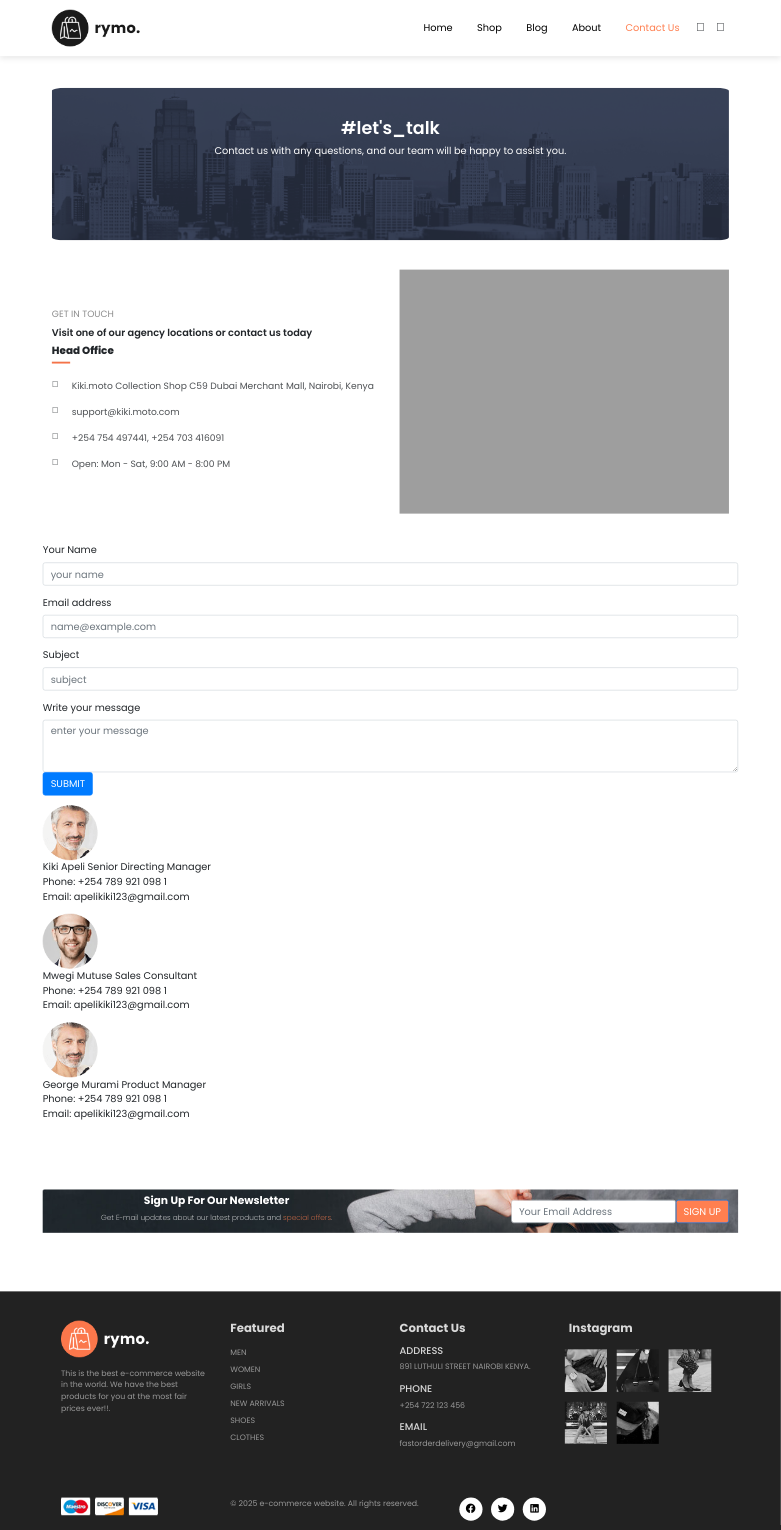
Repository: peter417waweru/e-commerce-UI
Page: contact.html
An editor plug-in stored every save of this project. The page is shown before and after the next save, followed by the edit.
The browser window is 1280 px wide. The pictures show the whole page, at 61% of full size.
Pictures or frames that could not be fetched are drawn as grey boxes. Some web libraries are served in a nearby version.

Above is the page before, as saved 2025-02-10 01:19:47.
Console error: TypeError: Cannot set properties of undefined (setting 'onclick')

### contact.html
<!DOCTYPE html>
<html lang="en">
    <head>

        <meta charset="UTF-8">
        <meta http-equiv="X-UA-Compatible" content="IE=edge">
        <meta name="viewport" content="width=device-width, initial-scale=1.0">
        <title>Ecommerce Website1</title>

        <link rel="stylesheet" href="https://cdn.jsdelivr.net/npm/bootstrap@4.1.3/dist/css/bootstrap.min.css"
        integrity="sha384-MCw98/SFnGE8fJT3GXwEOngsV7Zt27NXFoaoApmYm81iuXoPkFOJwJ8ERdknLPMO" crossorigin="anonymous">

        <link rel="stylesheet" href="https://pro.fontawesome.com/releases/v5.10.0/css/all.css" />

        <link rel="stylesheet" href="./style.css">
        <link rel="stylesheet" href="./about.css">
        <link rel="stylesheet" href="./contact.css">
    </head>

    <body>
        <nav class="navbar navbar-expand-lg navbar-light bg-white py-3 fixed-top">
            <div class="container">
              <img src="img/logo1.png" alt="">
              <button class="navbar-toggler" type="button" data-bs-toggle="collapse" data-bs-target="#navbarSupportedContent"
              aria-controls="navbarSupportedContent" aria-expanded="false" aria-label="Toggle navigation">
                <span><i id="bar" class="fas fa-bars"></i></span>
              </button>
              <div class="collapse navbar-collapse" id="navbarSupportedContent">
                <ul class="navbar-nav ml-auto">
                  <li class="nav-item">
                    <a class="nav-link " aria-current="page" href="#">Home</a>
                  </li>
                  <li class="nav-item">
                    <a class="nav-link" aria-current="page" href="shop.html">Shop</a>
                  </li>
                  <li class="nav-item">
                    <a class="nav-link" aria-current="page" href="#">Blog</a>
                  </li>
                  <li class="nav-item">
                    <a class="nav-link" aria-current="page" href="#">About</a>
                  </li>
                  <li class="nav-item">
                    <a class="nav-link active" aria-current="page" href="#">Contact Us</a>
                  </li>
                  <li class="nav-item">
                    <i class="fal fa-search"></i>
                    <i class="fal fa-shopping-bag"></i>
                  </li>


                </ul>

              </div>
            </div>
        </nav>

        <section id="page-header" class="container mt-5 pt-5">
           <div class="about-header">
            <h2 class="text-center mt-5 pt-5">#let's_talk</h2>
            <p class="text-center">Contact us with any questions, and our team will be happy to assist you.</p>
           </div>
        </section>

        <section id="contact-details" class="container mt-5">
            <div class="row d-flex align-items-center gap-4">
                <div class="details-side col-lg-6 col-md-6 col-12">
                    <span>GET IN TOUCH</span>
                    <h2>Visit one of our agency locations or contact us today</h2>
                    <h3>Head Office</h3>
                    <hr class="mt-1">
                    <li>
                        <i class="fal fa-map"></i>
                        <p>Kiki.moto Collection Shop C59
                            Dubai Merchant Mall, Nairobi, Kenya</p>
                    </li>
                    <li>
                        <i class="fal fa-envelope"></i>
                        <p>support@kiki.moto.com</p>
                    </li>
                    <li>
                        <i class="fal fa-phone-alt"></i>
                        <p>+254 754 497441,  +254 703 416091</p>
                    </li>
                    <li>
                        <i class="fal fa-clock"></i>
                        <p>Open: Mon - Sat, 9:00 AM - 8:00 PM</p>
                    </li>
                </div>
                <div class="map col-lg-6 col-md-6 col-12">
                    <iframe src="https://www.google.com/maps/embed?pb=!1m18!1m12!1m3!1d3988.
                    8308746660095!2d36.778592273500564!3d-1.2747547356105604!2m3!1f0!2f0!3f0!3m2!1i1024!2i768!4f13.1!3m3!1m2!1s0x182f1
                    9fd9b65c0ef%3A0xbac0db1b9cbf73e!2sArchives%20Tower%2C%20Nairobi!5e0!3m2!1ssw!2ske!4v1739129931160!5m2!1ssw!2ske" width="100%" height="350px" style="border:0;"
                     allowfullscreen="" loading="lazy" referrerpolicy="no-referrer-when-downgrade">
                    </iframe>
                </div>
            </div>
        </section>

        <section id="contact-message" class="container my-4 py-4">
            <div class="row d-flex">
                <div class="form-details w-100">
                    <div class="mb-3">
                        <label for="exampleFormControlInput1" class="form-label">Your Name</label>
                        <input type="email" class="form-control" id="exampleFormControlInput1" placeholder="your name">
                    </div>
                    <div class="mb-3">
                        <label for="exampleFormControlInput1" class="form-label">Email address</label>
                        <input type="email" class="form-control" id="exampleFormControlInput1" placeholder="name@example.com">
                    </div>
                    <div class="mb-3">
                        <label for="exampleFormControlInput1" class="form-label">Subject</label>
                        <input type="email" class="form-control" id="exampleFormControlInput1" placeholder="subject">
                    </div>
                    <div class="mb-3">
                        <label for="exampleFormControlTextarea1" class="form-label">Write your message</label>
                        <textarea class="form-control" id="exampleFormControlTextarea1" rows="3" placeholder="enter your message"></textarea>
                        <button type="button" class="btn btn-primary">Submit</button>
                    </div>
                </div>
                <div class="members">
                    <div>
                        <img src="img/people/1.png" alt="">
                        <p><span>Kiki Apeli</span> Senior Directing Manager <br>
                            Phone: +254 789 921 098 1 <br>
                            Email: apelikiki123@gmail.com
                        </p>
                    </div>
                    <div>
                        <img src="img/people/2.png" alt="">
                        <p><span>Mwegi Mutuse</span> Sales Consultant <br>
                            Phone: +254 789 921 098 1 <br>
                            Email: apelikiki123@gmail.com
                        </p>
                    </div>
                    <div>
                        <img src="img/people/1.png" alt="">
                        <p><span>George Murami</span> Product Manager<br>
                            Phone: +254 789 921 098 1 <br>
                            Email: apelikiki123@gmail.com
                        </p>
                    </div>

                </div>
            </div>
        </section>

        <section id="newsletter" class="container py-5">
            <div class="row align-items-center text-center text-lg-start">
                <div class="col-lg-6 col-md-12">
                    <h4 class="mt-2">Sign Up For Our Newsletter</h4>
                    <p>Get E-mail updates about our latest products and <span>special offers</span>.</p>
                </div>
                <div class="col-lg-6 col-md-12">
                    <form class="d-flex justify-content-center justify-content-lg-end">
                        <input type="email" class="form-control w-50 me-2" placeholder="Your Email Address">
                        <button class="btn btn-primary">Sign Up</button>
                    </form>
                </div>
            </div>
        </section>

        <footer class="mt-5">
            <div class="row container mx-auto pt-5">
              <div class="footer-one col-lg-3 col-md-6 col-12">
                <img src="img/logo2.png" alt="">
                <p class="pt-3">This is the best e-commerce website in the world.
                   We have the best products for you at the most fair prices ever!!.</p>
              </div>
              <div class="footer-one col-lg-3 col-md-6 col-12">
                <h4 class="pb-2">Featured</h4>
                <ul class="text-uppercase list-unstyled">
                  <li><a href="#">men</a></li>
                  <li><a href="#">women</a></li>
                  <li><a href="#">girls</a></li>
                  <li><a href="#">new arrivals</a></li>
                  <li><a href="#">shoes</a></li>
                  <li><a href="#">clothes</a></li>
                </ul>
              </div>
              <div class="footer-one col-lg-3 col-md-6 col-12 mb-3">
                <h4 class="pb-2">Contact Us</h4>
                <div>
                  <h6 class="text-uppercase">Address</h6>
                <p>891 LUTHULI STREET NAIROBI KENYA.</p>
                </div>
                <div>
                  <h6 class="text-uppercase">Phone</h6>
                <p>+254 722 123 456</p>
                </div>
                <div>
                  <h6 class="text-uppercase">Email</h6>
                <p>fastorderdelivery@gmail.com</p>
                </div>
              </div>
              <div class="footer-one col-lg-3 col-md-6 col-12 mb-3">
                <h4 class="pb-2">Instagram</h4>
                <div class="row">
                  <img class="img-fluid w-25 h-100 m-2" src="img/insta/1.jpg" alt="">
                  <img class="img-fluid w-25 h-100 m-2" src="img/insta/2.jpg" alt="">
                  <img class="img-fluid w-25 h-100 m-2" src="img/insta/3.jpg" alt="">
                  <img class="img-fluid w-25 h-100 m-2" src="img/insta/4.jpg" alt="">
                  <img class="img-fluid w-25 h-100 m-2" src="img/insta/5.jpg" alt="">
                </div>
              </div>
            </div>
            <div class="copyright mt-5">
              <div class="row container mx-auto">
                <div class="col-lg-3 col-md-6 col-12 mb-4">
                  <img class="img-fluid" src="img/payment.png" alt="">
                </div>
                <div class="col-lg-4 col-md-6 col-12 text-nowrap mb-2">
                  <p>© 2025 e-commerce website. All rights reserved.</p>
                </div>
                <div class="col-lg-4 col-md-6 col-12">
                  <a href="#"><i class="fab fa-facebook"></i></a>
                  <a href="#"><i class="fab fa-twitter"></i></a>
                  <a href="#"><i class="fab fa-linkedin"></i></a>
                </div>
              </div>
            </div>
        </footer>
    </body>

    <script src="https://cdn.jsdelivr.net/npm/@popperjs/core@2.9.1/dist/umd/popper.min.js"
        integrity="sha384-SR1sx49pcuLnqZUnnPwx6FCym0wLsk5JZuNx2bPPENzswTNFaQU1RDvt3wT4gWFG"
        crossorigin="anonymous">
    </script>
    <script src="https://cdn.jsdelivr.net/npm/bootstrap@5.0.0-beta3/dist/js/bootstrap.min.js"
        integrity="sha384-j0CNLUeiqtyaRmlzUHCPZ+Gy5fQu0dQ6eZ/xAww941Ai1SxSY+0EQqNXNE6DZiVc"
        crossorigin="anonymous">
    </script>
    <script src="scripts.js"></script>
</html>

### style.css
@import url("https://fonts.googleapis.com/css2?family=Poppins:wght@100;200;300;400;500;600;700;800;900&display=swap");
* {
  margin: 0;
  padding: 0;
  box-sizing: border-box;
}

body {
  font-family: "Poppins", sans-serif;
}

h1 {
  font-size: 2.5rem;
  font-weight: 700;
}

h2 {
  font-size: 1.8rem;
  font-weight: 600;
}

h3 {
  font-size: 1.4rem;
  font-weight: 800;
}

h4 {
  font-size: 1.1rem;
  font-weight: 600;
}

h5 {
  font-size: 1rem;
  font-weight: 400;
  color: #1d1d1d;
}

h6 {
  color: #d8d8d8;
}

hr {
  width: 30px;
  height: 2px;
  background-color: #fb774b;
}

.star {
  padding: 10px 0;
}

.star i{
  font-size: 0.8rem;
  color: goldenrod;
}

button {
  font-size: 0.8rem;
  font-weight: 700;
  outline: none;
  border: none;
  background-color: #1d1d1d;
  color: aliceblue;
  padding: 13px 30px;
  cursor: pointer;
  text-transform: uppercase;
  transition: 0.3s ease;
}

button:hover {
  background-color: #3a3833;
}

hr {
  width: 30px;
  height: 2px;

}

.navbar {
  font-size: 16px;
  background-color: #d8d8d8;
  top: 0;
  left: 0;
  box-shadow: 0 5px 10px rgba(0, 0, 0, 0.1);
}

.navbar-light .navbar-nav .nav-link{
  padding: 0 20px;
  color: black;
  transition: 0.3s ease;
}

.navbar-light .navbar-nav .nav-link:hover,
.navbar i:hover,
.navbar-light .navbar-nav .nav-link.active,
.navbar i.active
{
  color: coral;
}



.navbar i{
  font-size: 1.2rem;
  padding: 0 7px;
  cursor: pointer;
  transition: 0.3s ease;
}

/* Mobile Nav*/


.navbar-light .navbar-toggler{
  border: none;
  outline: none;
}

#bar {
  font-size: 1.5rem;
  padding: 7px;
  cursor: pointer;
  font-weight: 500;
  color: black;
  transition: 0.3s ease;
}

#bar:hover,
#bar.active{
  color: #fff;
}

@media only screen and (max-width: 990px) {

  body > nav > div > button:hover ,
  body > nav > div > button:focus {
    background-color: #fb774b;
  }

  body > nav > div > button:hover #bar,
  body > nav > div > button:focus #bar {
    background-color: #fb774b;
  }

  #navbarSupportedContent > ul {
    margin: 1rem;
    justify-content: flex-end;
    align-items: flex-end;
    text-align: right;
  }

  #navbarSupportedContent > ul > li:nth-child(n) > a {
    padding: 10px 0;
  }
}


#home {
  background-image: url("img/back.jpg");
  width: 100%;
  height: 100vh;
  background-size: cover;
  background-position: top 70px center;
  display: flex;
  flex-direction: column;
  align-items: flex-start;
  justify-content: center;

}

#home span{
  color: coral;
}

#new .one img{
  width: 100%;
  height: 100%;
  background-position: center center;
  background-repeat: no-repeat;
  background-size: cover;
  position: relative;
}


#new .row .one .details{
  position: absolute;
  width: 100%;
  height: 100%;
  top: 0;
  left: 0;
  transition: 0.3s ease;
}

#new .row .one:hover .details{
  cursor: pointer;
  background-color: rgba(255, 178, 178, 0.8);
}

#new .row .one .details button{
 display: inline-block;
 font-size: 14px;
 font-weight: 500;
 color: #2a2a2a;
 background: none;
 text-transform: uppercase;
 border-bottom: 1px solid #2a2a2a;
 padding: 1.5px;
 transform: translateY(70px);
 transition: 0.3s ease;
}

#new .row .one .details button:hover{
  cursor: pointer;
  color: #fff;
  border-bottom: 1px solid #fff;
}

#new .row .one:nth-child(1) .details{
  display: flex;
  justify-content: center;
  flex-direction: column;
  align-items: flex-start;
  text-align: start;
}

#new .row .one:nth-child(2) .details{
  display: flex;
  justify-content: center;
  flex-direction: column;
  align-items: center;
  text-align: center;
}

#new .row .one:nth-child(3) .details{
  display: flex;
  justify-content: center;
  flex-direction: column;
  align-items: flex-end;
  text-align: end;
}

/*Products*/

.product {
  cursor: pointer;
  margin-bottom: 2rem;
}

.product img{
  transition: 0.3s all;

}

.product img:hover{
  opacity: 0.7;
}

.product .buy-btn{
  background: #fb774b;
  transform: translateY(20px);
  opacity: 0;
  transition: 0.3s all;
}
.product:hover .buy-btn{
  transform: translateY(0px);
  opacity: 1;
}

#banner {
  background-image: url("img/banner/2.jpg");
  width: 100%;
  height: 60vh;
  background-size: cover;
  background-position: top 70px center;
  background-repeat: no-repeat;
  background-attachment: fixed;
  display: flex;
  flex-direction: column;
  align-items: flex-start;
  justify-content: center;
}

#banner h4{
  color: #D8D8D8;
}

#banner h1{
  color: #D8D8D8;
}

#banner button{
  background-color: #fb774b;
}

footer{
  background-color: #222222;
}

footer h4 {
  color: #D8D8D8;
  font-size: 1.2rem;
  font-weight: 700;
}

footer li {
  padding-bottom: 4px;
}

footer li a {
  font-size: 0.8rem;
  color: #999;
}

footer li a:hover {
  color: #D8D8D8;
}

footer p{
  color: #999;
  font-size: 0.8rem;
}

footer .copyright a{
  color: #000;
  width: 38px;
  height: 38px;
  background-color: #fff;
  display: inline-block;
  text-align: center;
  line-height: 38px;
  border-radius: 50%;
  transition: 0.3s ease;
  margin: 0 5px;

}

footer .copyright a:hover{
  color: #fff;
  background-color: #fb774b;
}

### about.css
#page-header .about-header{
    background-image: url("img/about/banner.png");
    background-position: center;
    background-size: cover;
    width: 100%;
    height: 250px;
    border-radius: 2%;
}

#page-header .about-header h2,
#page-header .about-header p{
    color: #fff;
}

#about-app .video{
    width: 70%;
    height: 100%;
    margin: 30px auto 0 auto;
}

#about-app .video video{
    width: 100%;
    height: 100%;
    border-radius: 20px;
}

#newsletter .row{
    background-image: url("img/banner/1.jpg");
}

#newsletter .row h4{
    color: #fff;
    font-weight: bold;
}

#newsletter .row p{
    color: #fff;
    font-weight: 200;
    font-size: 12px;
}

#newsletter .row p span{
    color: coral;
    font-weight: 250;
}

#newsletter .row p span:hover{
    cursor: pointer;
    color: #8d8d8d;
}

#newsletter .row button{
    background-color: coral;
}

#newsletter .row button:hover{
    background-color: #8d8d8d;

}

@media (max-width: 768px){
    #newsletter .row{
        margin: 0 auto 0 auto;
        padding-bottom: 20px;
    }
}

### contact.css
#contact-details .details-side span{
    color: #8d8d8d;
    font-size: 15px;
}

#contact-details .details-side h2{
    margin-top: 10px;
    columns: black;
    font-size: 16px;
}

#contact-details .details-side h3{
    margin-top: 10px;
    columns: black;
    font-size: 17px;
}

#contact-details .details-side li{
    list-style-type: none;
    display: flex;
    padding: 10px 0;
}

#contact-details .details-side li i{
    font-size: 14px;
    padding-right: 22px;
}
#contact-details .details-side li p{
    margin: 0;
    font-size: 15px;
    opacity: 0.8;
}

#contact-details .details-side li p:hover{
    color: coral;
    cursor: pointer;
    font-weight: 300;
}

#contact-details .map{
    width: 55%;
    height: 400px;
}

#contact-details .map iframe{
    width: 100%;
    height: 100%;
}

### scripts.js
var MainImg = document.getElementById('MainImg');
var SmallImg = document.getElementsByClassName('small-img');

SmallImg[0].onclick = function(){
    MainImg.src = SmallImg[0].src;
}
SmallImg[1].onclick = function(){
    MainImg.src = SmallImg[1].src;
}
SmallImg[2].onclick = function(){
    MainImg.src = SmallImg[2].src;
}
SmallImg[3].onclick = function(){
    MainImg.src = SmallImg[3].src;
}

After the next save:
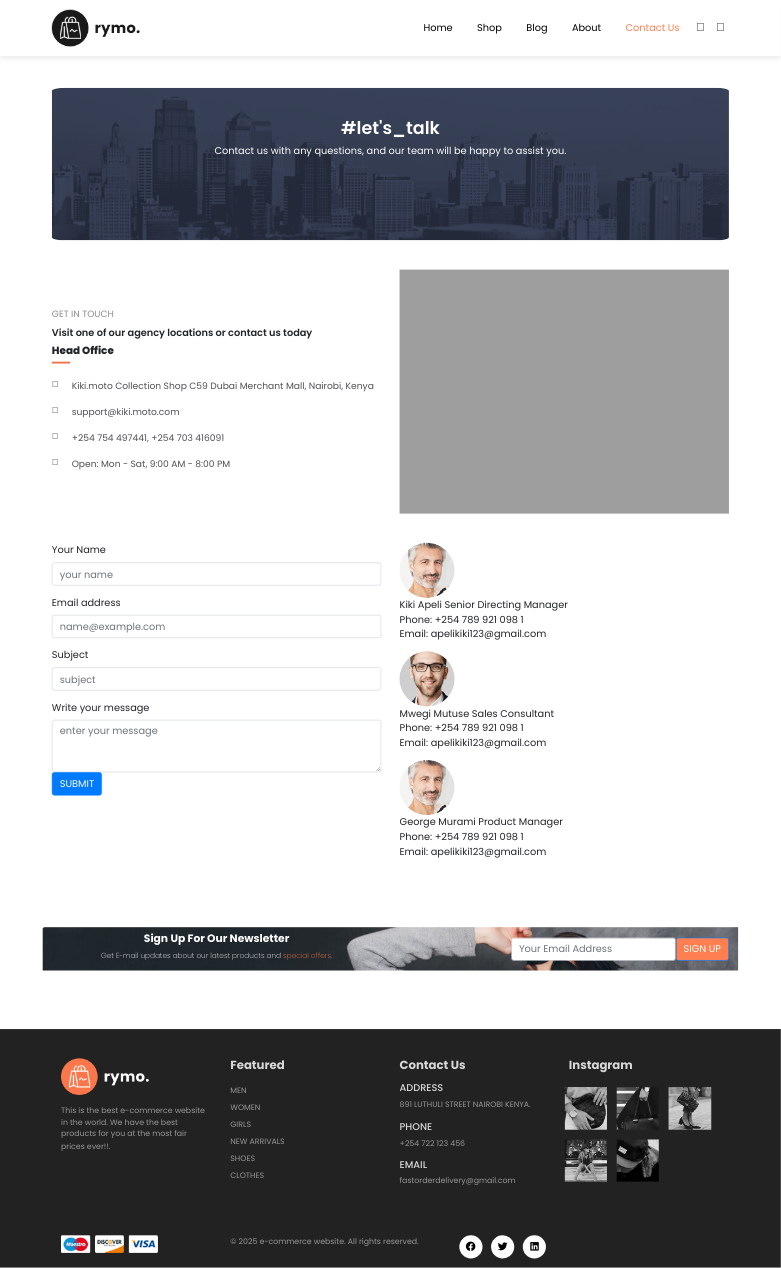
Saved 2 min 47 s later.
--- a/contact.html
+++ b/contact.html
@@ -98,7 +98,7 @@
 
         <section id="contact-message" class="container my-4 py-4">
             <div class="row d-flex">
-                <div class="form-details w-100">
+                <div class="form-details col-lg-6 col-md-6 col-12 w-100">
                     <div class="mb-3">
                         <label for="exampleFormControlInput1" class="form-label">Your Name</label>
                         <input type="email" class="form-control" id="exampleFormControlInput1" placeholder="your name">
@@ -117,7 +117,7 @@
                         <button type="button" class="btn btn-primary">Submit</button>
                     </div>
                 </div>
-                <div class="members">
+                <div class="members col-lg-6 col-md-6 col-12">
                     <div>
                         <img src="img/people/1.png" alt="">
                         <p><span>Kiki Apeli</span> Senior Directing Manager <br>
